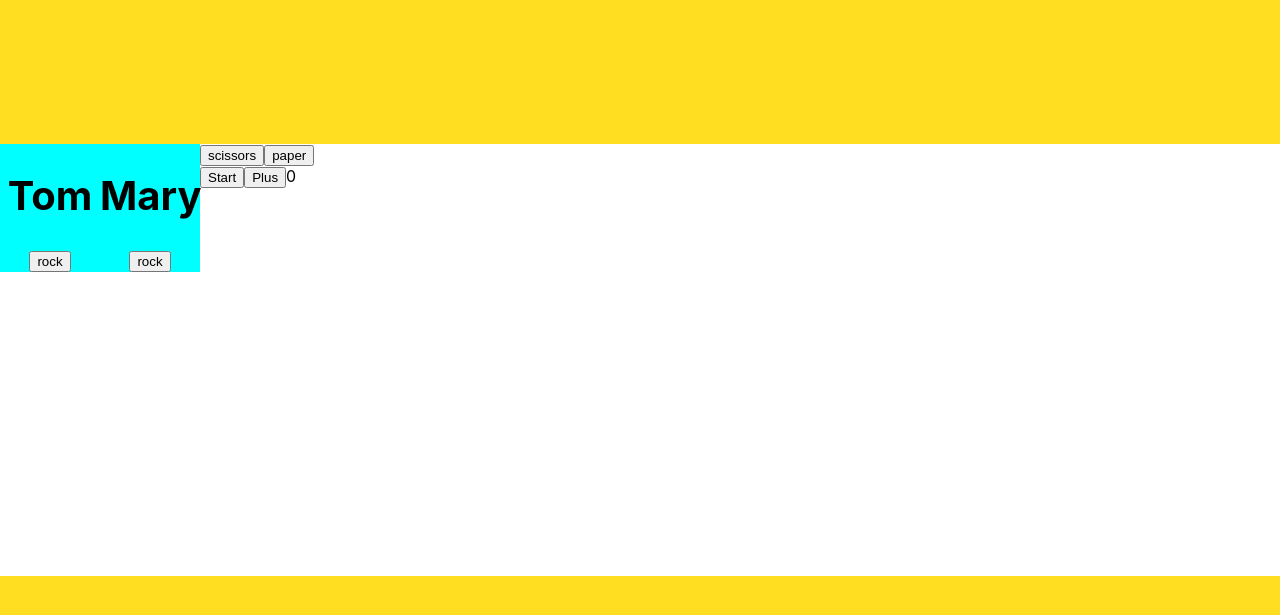
Repository: K009/Rock-Paper-Scissors
Page: /
The author's editor kept a copy of each file at every save. The page is drawn from the files as they stood at one save, then again after the next save.
The browser window is 1280 px wide. The pictures show the whole page.
The project was rebuilt for these pictures with package versions that can differ from the ones it lists, and the page was loaded fresh each time.

Above is the page before, as saved 2020-05-13 08:57:39.

### src/App.js
import React, { Component } from "react";
import "./App.css";
import Player from "./components/Player";

const weapon = ["rock", "paper", "scissors"];

class App extends Component {
  constructor() {
    super();
    this.state = {
      playerOne: weapon[0],
      playerTwo: weapon[0],
      winner: "",
    };
    this.state = { counter: 0 };
  }

  startGame = () => {
    let counter = 0;
    let gameInterval = setInterval(() => {
      //to make a delay
      counter++;
      console.log(counter);
      this.setState({
        playerTwo: weapon[Math.floor(Math.random() * weapon.length)],
        winner: "",
      });
      if (counter > 5) {
        clearInterval(gameInterval);
        this.setState({
          winner: this.selectWinner(),
        });
      }
    }, 100);
  };

  selectWinner = () => {
    const { playerOne, playerTwo } = this.state;
    console.log("Player One: " + playerOne + "Player Two: " + playerTwo);
    if (playerOne === playerTwo) {
      console.log("It's a tie");
      return "It's a tie";
    } else if (
      (playerOne === "rock" && playerTwo === "scissors") ||
      (playerOne === "paper" && playerTwo === "rock") ||
      (playerOne === "scissors" && playerTwo === "paper")
    ) {
      return "Player one wins!";
    } else {
      return "Player two wins!";
    }
  };

  selectWeapon = (weapon) => {
    //in argument it gets a value that is going to be set for playerOne
    this.setState({
      playerOne: weapon, //here it gets changed
      winner: "", //winner without any changes - still ""
    });
  };

  increment() {
    this.setState({
      counter: this.state.counter + 1,
    });
  }

  render() {
    const { playerOne, playerTwo, winner } = this.state;
    return (
      <div className="App">
        <div className="Header" />
        <div className="Players">
          <Player playerName="Tom" weapon={playerOne} />
          <Player playerName="Mary" weapon={playerTwo} />
        </div>
        <div>
          <button
            className="weapon"
            onClick={() => this.selectWeapon("scissors")}
          >
            scissors
          </button>
          <button className="weapon" onClick={() => this.selectWeapon("paper")}>
            paper
          </button>
        </div>
        <div className="winner">{winner ? this.selectWinner() : null}</div>
        <button className="start" onClick={this.startGame}>
          Start
        </button>
        <button onClick={this.increment.bind(this)}>Plus</button>
        <output>{this.state.counter}</output>
        <footer />
      </div>
    );
  }
}

export default App;

### src/App.css
.App {
  min-height: 100vh;
  background-color: #ffffff;
}

.Header {
  min-height: 20vh;
  text-align: center;
  justify-content: space-around;
  background-color: #ffde22;
  display: flex;
  flex-wrap: wrap;
}

.Players {
  background-color: pink;
}
footer {
  min-height: 20vh;
  background-color: #ffde22;
  width: 100%;
  position: absolute;
  left: 0;
  bottom: 0;
}

### src/components/Player.js
import React from "react";
import style from "./player.module.css";

const Player = ({ playerName }) => {
  return (
    <div className={style.player}>
      <h1>{playerName}</h1>

      <button className="weapon" onClick={() => this.selectWeapon("rock")}>
        rock
      </button>
    </div>
  );
};

export default Player;

### src/components/player.module.css
.player {
  background-color: aqua;
  font-size: 20px;
  text-align: center;
  width: 100px;
  float: left;
}

Loaded but not shown: public/index.html (common file); src/index.js (common file); src/index.css (common file); src/serviceWorker.js (common file)

After the next save:
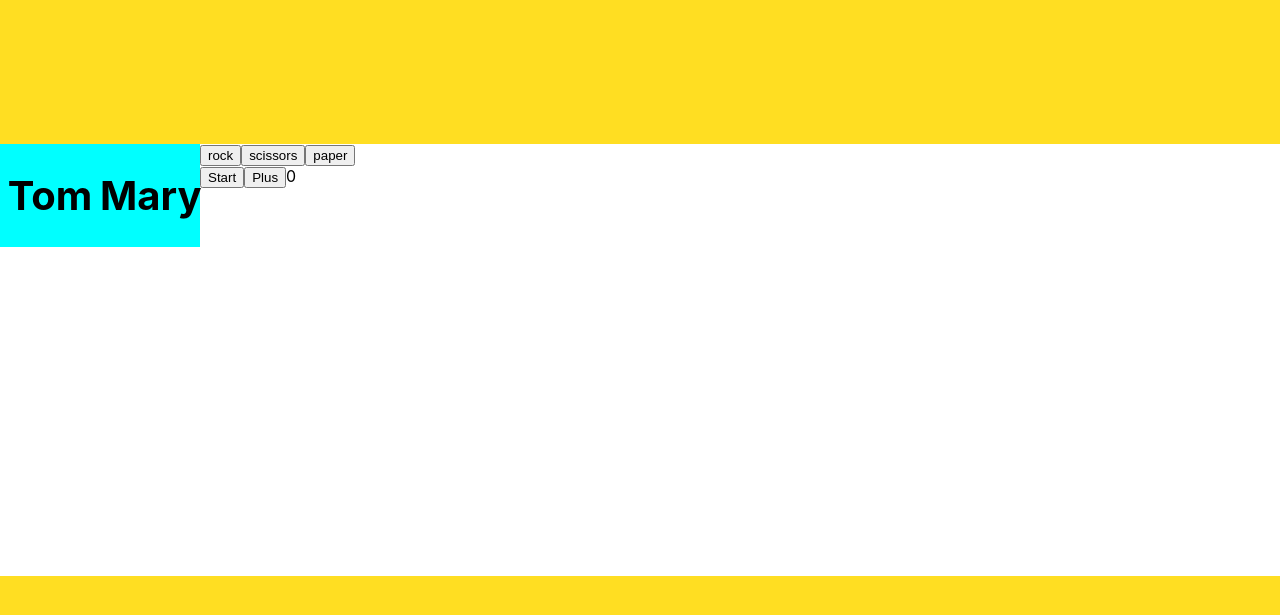
Saved 23 s later.
--- a/src/App.js
+++ b/src/App.js
@@ -75,6 +75,9 @@ class App extends Component {
           <Player playerName="Mary" weapon={playerTwo} />
         </div>
         <div>
+          <button className="weapon" onClick={() => this.selectWeapon("rock")}>
+            rock
+          </button>
           <button
             className="weapon"
             onClick={() => this.selectWeapon("scissors")}
--- a/src/components/Player.js
+++ b/src/components/Player.js
@@ -5,10 +5,6 @@ const Player = ({ playerName }) => {
   return (
     <div className={style.player}>
       <h1>{playerName}</h1>
-
-      <button className="weapon" onClick={() => this.selectWeapon("rock")}>
-        rock
-      </button>
     </div>
   );
 };
